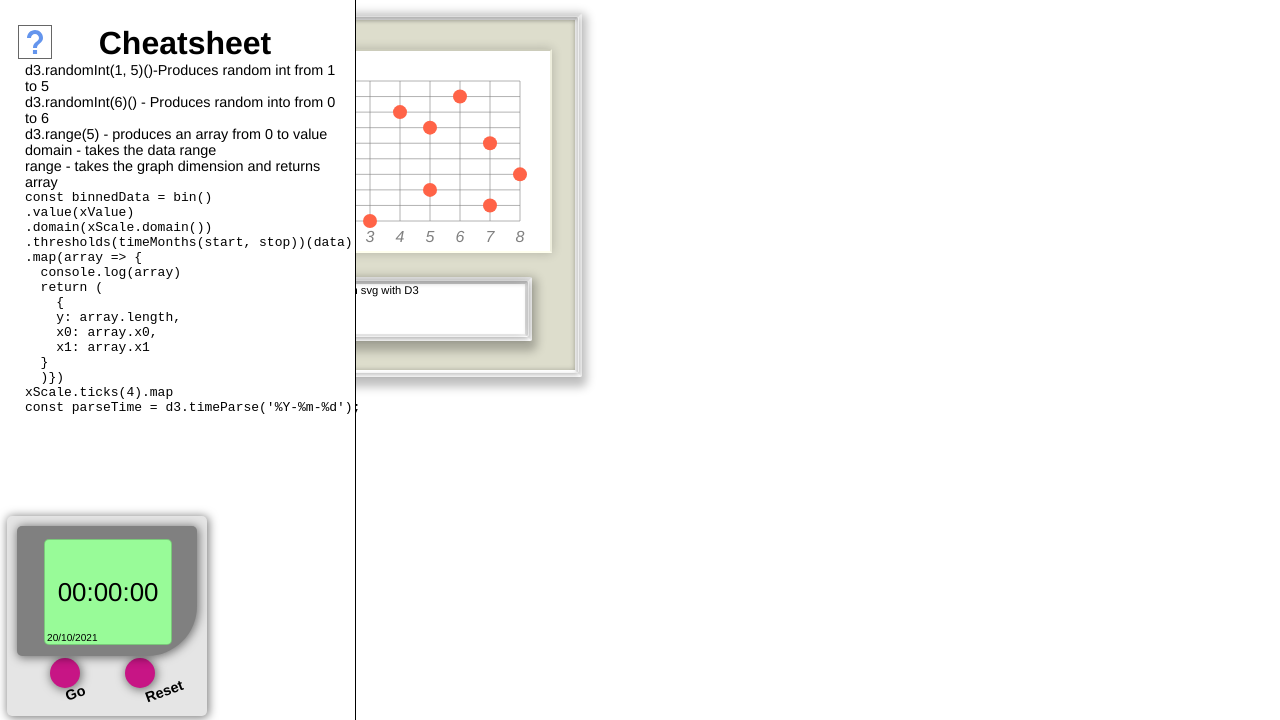
Repository: Lewisjohnward/100-days-of-d3
Page: /
The author's editor kept a copy of each file at every save. The page is drawn from the files as they stood at one save, then again after the next save.
The browser window is 1280 px wide. The pictures show the whole page.
The page's requests for data from a server got no answer. An inner scrolling area shows only its first screen. The project was rebuilt for these pictures with package versions that can differ from the ones it lists, and the page was loaded fresh each time. No one was signed in, and anything a server would have sent is missing. Also part of the build but not shown: src/charts/chart2/useGetData.js, src/charts/chart2/styles.js, src/charts/chart2/Chart.js, src/charts/chart3/useGetData.js, src/charts/chart3/styles.js, src/charts/chart3/Chart.js, src/charts/chart4/useGetData.js, src/charts/chart4/styles.js and 4 more.

Above is the page before, as saved 2021-10-20 15:38:27.

After the next save:
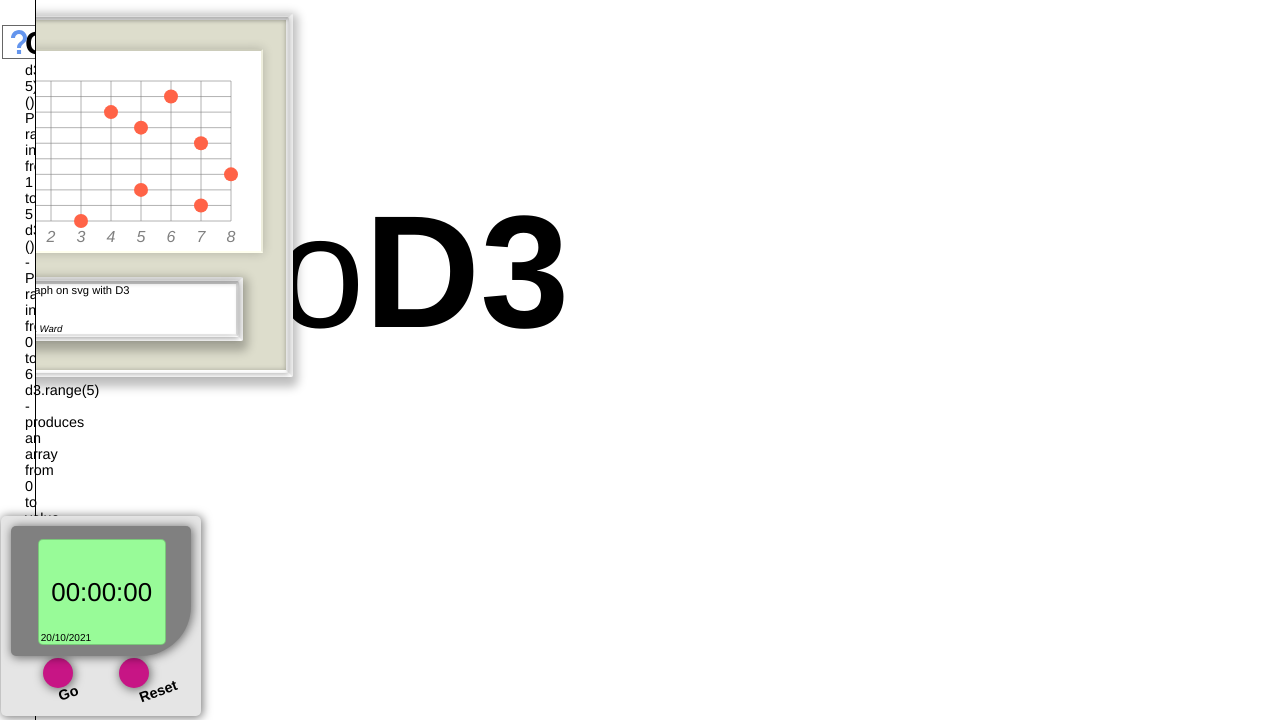
Saved 87 s later.
--- a/src/components/Navbar.js
+++ b/src/components/Navbar.js
@@ -6,12 +6,17 @@
 const NavContainer = styled.div`
   position: relative;
   height: 100%;
-  width: 25%;
+  width: 0%;
   background: white;
   padding: 25px 10px 25px 25px;
 
   > p {
     font-size: 0.9em;
+  }
+
+  .transition{
+      transition: all 1s ease-in;
+      width: 25%;
   }
 `;
 

After the save that followed:
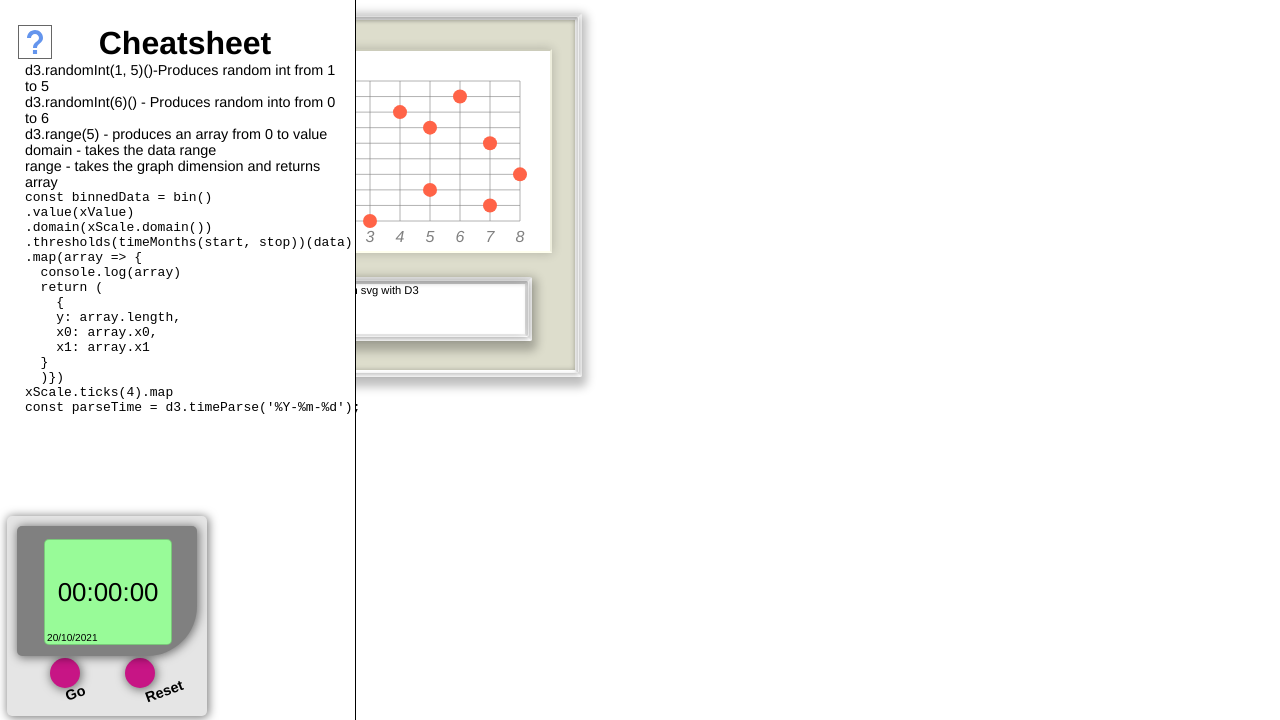
Saved 4 s later.
--- a/src/components/Navbar.js
+++ b/src/components/Navbar.js
@@ -6,7 +6,7 @@
 const NavContainer = styled.div`
   position: relative;
   height: 100%;
-  width: 0%;
+  width: 25%;
   background: white;
   padding: 25px 10px 25px 25px;
 
